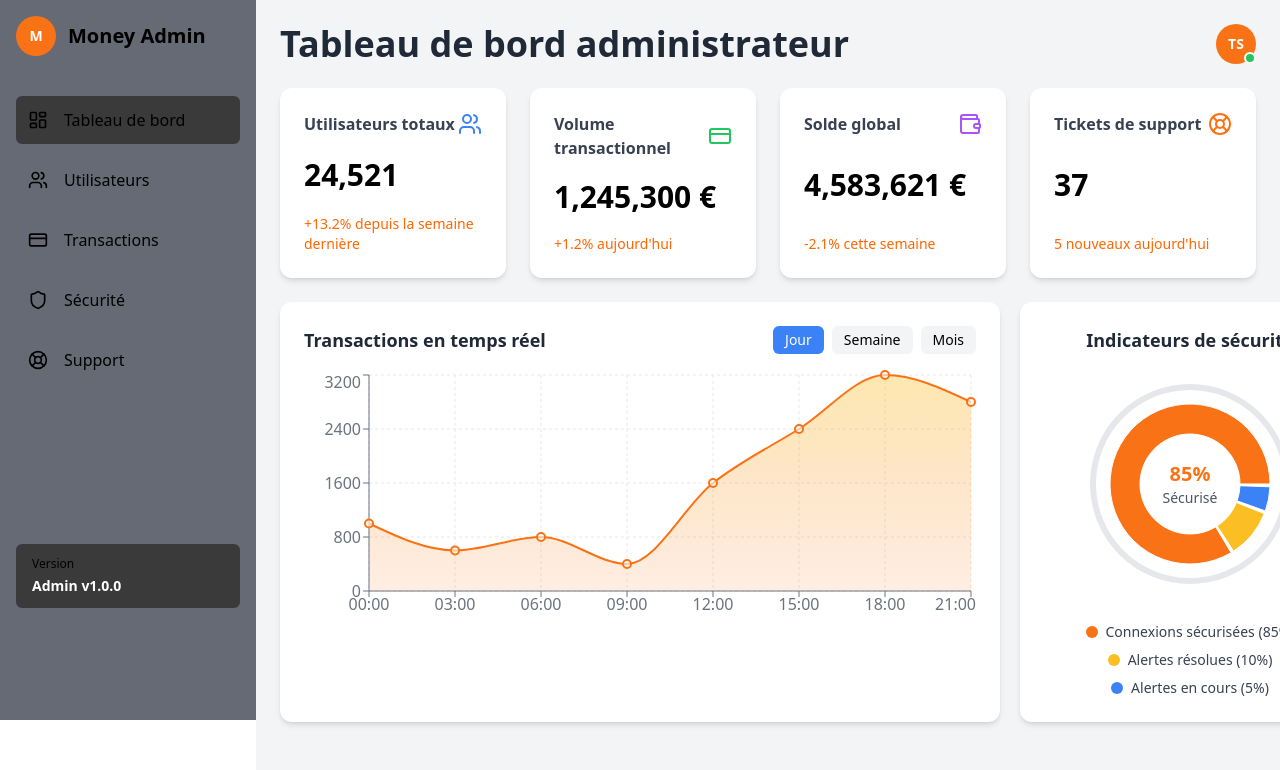
Repository: Edongo999/Dashboard
Page: /
An editor plug-in stored every save of this project. The page is shown before and after the next save, followed by the edit.
The browser window is 1280 px wide. The pictures show the whole page.
The project was rebuilt for these pictures with package versions that can differ from the ones it lists, and the page was loaded fresh each time. Also part of the build but not shown: vite.config.ts.

Above is the page before, as saved 2025-10-13 15:35:58.

### index.html
<!doctype html>
<html lang="en">
  <head>
    <meta charset="UTF-8" />
    <link rel="icon" type="image/svg+xml" href="/vite.svg" />
    <meta name="viewport" content="width=device-width, initial-scale=1.0" />
    <title>mon_dashboard</title>
  </head>
  <body>
    <div id="root"></div>
    <script type="module" src="/src/main.tsx"></script>
  </body>
</html>

### src/App.tsx
import Sidebar from "./components/Sidebar"
import StatBlock from "./components/StatBlock"
import UserAvatar from "./components/UserAvatar"
import RealtimeChart from "./components/RealtimeChart"
import SecurityIndicators from "./components/SecurityIndicators"
import { Users, CreditCard, Wallet, LifeBuoy } from "lucide-react"

const App = () => {
  const kpis = [
    {
      title: "Utilisateurs totaux",
      value: "24,521",
      subtext: "+13.2% depuis la semaine dernière",
      icon: <Users />,
      iconColor: "text-blue-500"
    },
    {
      title: "Volume transactionnel",
      value: "1,245,300 €",
      subtext: "+1.2% aujourd'hui",
      icon: <CreditCard />,
      iconColor: "text-green-500"
    },
    {
      title: "Solde global",
      value: "4,583,621 €",
      subtext: "-2.1% cette semaine",
      icon: <Wallet />,
      iconColor: "text-purple-500"
    },
    {
      title: "Tickets de support",
      value: "37",
      subtext: "5 nouveaux aujourd'hui",
      icon: <LifeBuoy />,
      iconColor: "text-orange-500"
    }
  ]

  return (
    <div className="flex min-h-screen">
      <Sidebar />
      <main className="flex-1 overflow-auto p-6 bg-[#F3F4F6]">
        {/* Titre + avatar */}
        <div className="flex items-center justify-between mb-6">
          <h1 className="text-4xl font-bold text-gray-800">
            Tableau de bord administrateur
          </h1>
          <UserAvatar />
        </div>

        {/* Cartes KPI */}
        <div className="grid grid-cols-1 sm:grid-cols-2 lg:grid-cols-4 gap-6 mb-6">
          {kpis.map((kpi, i) => (
            <StatBlock key={i} {...kpi} />
          ))}
        </div>

        {/* Section monitoring */}
        <div className="grid grid-cols-1 lg:grid-cols-2 gap-6 mb-6">
          <RealtimeChart />
          <SecurityIndicators />
        </div>
      </main>
    </div>
  )
}

export default App

### src/components/Sidebar.tsx
import {
  LayoutDashboard,
  Users,
  CreditCard,
  Shield,
  LifeBuoy,
  Menu
} from "lucide-react"
import { useState } from "react"

const Sidebar = () => {
  const [open, setOpen] = useState(false)
  const [active, setActive] = useState("Tableau de bord")

  const menuItems = [
    { label: "Tableau de bord", icon: <LayoutDashboard size={20} /> },
    { label: "Utilisateurs", icon: <Users size={20} /> },
    { label: "Transactions", icon: <CreditCard size={20} /> },
    { label: "Sécurité", icon: <Shield size={20} /> },
    { label: "Support", icon: <LifeBuoy size={20} /> }
  ]

  return (
    <>
      {/* Bouton hamburger mobile */}
      <button
        className="lg:hidden fixed top-4 left-4 z-50 bg-white p-2 rounded-md shadow-md"
        onClick={() => setOpen(!open)}
      >
        <Menu className="text-gray-800" />
      </button>

      {/* Sidebar */}
      <aside
        className={`fixed top-0 left-0 w-64 h-screen bg-[#656A74] text-neutral-content flex flex-col justify-between p-4 z-40 transition-transform duration-300 ${
          open ? "translate-x-0" : "-translate-x-full"
        } lg:translate-x-0 lg:static lg:block`}
        style={{ opacity: 1 }}
      >
        {/* Haut : logo */}
        <div>
          <div className="flex items-center gap-3 mb-10">
            <div className="bg-orange-500 text-white rounded-full w-10 h-10 flex items-center justify-center font-bold text-sm shrink-0">
              M
            </div>
            <span className="text-xl font-semibold whitespace-nowrap">Money Admin</span>
          </div>

          {/* Menu */}
          <ul className="space-y-3">
            {menuItems.map((item) => (
              <li key={item.label}>
                <a
                  onClick={() => setActive(item.label)}
                  className={`flex items-center gap-4 py-3 px-3 text-[16px] rounded-md transition-all duration-300 ${
                    active === item.label
                      ? "bg-[#3A3A3A]"
                      : "hover:bg-neutral-600 hover:scale-[1.02]"
                  }`}
                >
                  {item.icon}
                  {item.label}
                </a>
              </li>
            ))}
          </ul>
        </div>

        {/* Bloc version */}
        <div className="mt-40">
          <div className="bg-[#3A3A3A] rounded-md px-4 py-3 text-xs text-neutral-content/70">
            <p className="mb-1">Version</p>
            <span className="font-semibold text-sm text-white">Admin v1.0.0</span>
          </div>
        </div>
      </aside>
    </>
  )
}

export default Sidebar

### src/components/StatBlock.tsx
import { motion } from "framer-motion"

type StatBlockProps = {
  title: string
  value: string
  subtext: string
  icon: React.ReactNode
  iconColor: string
}

const StatBlock = ({ title, value, subtext, icon, iconColor }: StatBlockProps) => {
  return (
    <motion.div
      initial={{ opacity: 0, y: 30 }}
      animate={{ opacity: 1, y: 0 }}
      whileHover={{ scale: 1.03, y: -5 }}
      transition={{ duration: 0.3, ease: "easeOut" }}
      className="bg-white shadow-md p-6 rounded-[12px] flex flex-col justify-between w-full max-w-[240px] h-[190px]"
    >
      <div className="flex justify-between items-center">
        <h3 className="text-base font-semibold text-gray-700">{title}</h3>
        <div className={`text-2xl ${iconColor}`}>{icon}</div>
      </div>
      <p className="text-3xl font-bold mt-2 text-black">{value}</p>
      <p className="text-sm mt-2 text-[#FF6600] font-medium">{subtext}</p>
    </motion.div>
  )
}

export default StatBlock

### src/components/UserAvatar.tsx
const UserAvatar = () => {
  return (
    <div className="relative">
      <div className="w-10 h-10 rounded-full bg-orange-500 text-white flex items-center justify-center font-bold text-sm">
        TS
      </div>
      <span className="absolute bottom-0 right-0 w-3 h-3 rounded-full border-2 border-white bg-green-500" />
    </div>
  )
}

export default UserAvatar

### src/components/RealtimeChart.tsx
import {
  AreaChart,
  Area,
  XAxis,
  YAxis,
  Tooltip,
  CartesianGrid,
  ResponsiveContainer
} from "recharts"
import { useState } from "react"

const datasets = {
  jour: [
    { time: "00:00", value: 1000 },
    { time: "03:00", value: 600 },
    { time: "06:00", value: 800 },
    { time: "09:00", value: 400 },
    { time: "12:00", value: 1600 },
    { time: "15:00", value: 2400 },
    { time: "18:00", value: 3200 },
    { time: "21:00", value: 2800 }
  ],
  semaine: [
    { time: "Lun", value: 5400 },
    { time: "Mar", value: 6200 },
    { time: "Mer", value: 5800 },
    { time: "Jeu", value: 6900 },
    { time: "Ven", value: 7200 },
    { time: "Sam", value: 5100 },
    { time: "Dim", value: 4300 }
  ],
  mois: [
    { time: "S1", value: 18000 },
    { time: "S2", value: 22000 },
    { time: "S3", value: 19500 },
    { time: "S4", value: 25000 }
  ]
}

const RealtimeChart = () => {
  const [view, setView] = useState<"jour" | "semaine" | "mois">("jour")

  return (
    <div className="bg-white rounded-[12px] shadow-md p-6 w-[720px]">
      <div className="flex items-center justify-between mb-4">
        <h2 className="text-lg font-semibold text-gray-800">Transactions en temps réel</h2>
        <div className="flex gap-2">
          {["jour", "semaine", "mois"].map((v) => (
            <button
              key={v}
              onClick={() => setView(v as "jour" | "semaine" | "mois")}
              className={`text-sm px-3 py-1 rounded-md ${
                view === v ? "bg-blue-500 text-white" : "bg-gray-100 hover:bg-gray-200"
              }`}
            >
              {v.charAt(0).toUpperCase() + v.slice(1)}
            </button>
          ))}
        </div>
      </div>

      <div className="h-64">
        <ResponsiveContainer width="100%" height="100%">
          <AreaChart data={datasets[view]}>
            <defs>
              <linearGradient id="colorValue" x1="0" y1="0" x2="0" y2="1">
                <stop offset="0%" stopColor="#FBBF24" stopOpacity={0.6} />
                <stop offset="100%" stopColor="#F97316" stopOpacity={0.2} />
              </linearGradient>
            </defs>
            <CartesianGrid strokeDasharray="3 3" stroke="#E5E7EB" />
            <XAxis dataKey="time" stroke="#6B7280" />
            <YAxis stroke="#6B7280" />
            <Tooltip
              contentStyle={{ backgroundColor: "#fff", borderRadius: "8px", border: "none" }}
              labelStyle={{ color: "#374151", fontWeight: "500" }}
            />
            <Area
              type="monotone"
              dataKey="value"
              stroke="#F97316"
              strokeWidth={2}
              fill="url(#colorValue)"
              dot={{ r: 4, stroke: "#F97316", strokeWidth: 2, fill: "#fff" }}
            />
          </AreaChart>
        </ResponsiveContainer>
      </div>
    </div>
  )
}

export default RealtimeChart

### src/components/SecurityIndicators.tsx
import {
  PieChart,
  Pie,
  Cell,
  ResponsiveContainer
} from "recharts"

type SecurityLabel = "Connexions sécurisées" | "Alertes résolues" | "Alertes en cours"

const rawData: { name: SecurityLabel; value: number }[] = [
  { name: "Connexions sécurisées", value: 85 },
  { name: "Alertes résolues", value: 10 },
  { name: "Alertes en cours", value: 5 }
]

const COLOR_MAP: Record<SecurityLabel, string> = {
  "Connexions sécurisées": "#F97316",
  "Alertes résolues": "#FBBF24",
  "Alertes en cours": "#3B82F6"
}

const SecurityIndicators = () => {
  const total = rawData.reduce((sum, item) => sum + item.value, 0)

  const data = rawData.map((item) => ({
    ...item,
    percent: ((item.value / total) * 100).toFixed(0) + "%",
    color: COLOR_MAP[item.name]
  }))

  return (
    // 🔧 MODIFICATION ICI : contrôle du décalage horizontal
    // Pour décaler vers la droite, utilise `ml-2`, `ml-4`, `ml-6`, etc.
    // Pour centrer, retire `ml-*` et utilise `mx-auto`
    <div className="bg-white rounded-[12px] shadow-md p-6 w-[340px] h-[420px] ml-60 flex flex-col items-center justify-between">
      <h2 className="text-lg font-semibold text-gray-800">Indicateurs de sécurité</h2>

      {/* Donut + cercle externe */}
      <div className="relative flex items-center justify-center mt-2 mb-4">
        <div className="w-[200px] h-[200px] rounded-full border-[6px] border-gray-200 flex items-center justify-center">
          <div className="w-[160px] h-[160px]">
            <ResponsiveContainer width="100%" height="100%">
              <PieChart>
                <Pie
                  data={data}
                  dataKey="value"
                  innerRadius={50}
                  outerRadius={80}
                  paddingAngle={2}
                >
                  {data.map((item) => (
                    <Cell key={item.name} fill={item.color} />
                  ))}
                </Pie>
              </PieChart>
            </ResponsiveContainer>
          </div>

          {/* Texte centré */}
          <div className="absolute text-center">
            <p className="text-xl font-bold text-orange-500">85%</p>
            <p className="text-sm text-gray-600">Sécurisé</p>
          </div>
        </div>
      </div>

      {/* Légende en bas */}
      <div className="flex flex-col items-center gap-2 text-sm text-gray-700">
        {data.map((item) => (
          <div key={item.name} className="flex items-center gap-2">
            <span
              className="w-3 h-3 rounded-full"
              style={{ backgroundColor: item.color }}
            />
            <span>{item.name} ({item.percent})</span>
          </div>
        ))}
      </div>
    </div>
  )
}

export default SecurityIndicators

### tailwind.config.js
/** @type {import('tailwindcss').Config} */
module.exports = {
  content: ["./src/**/*.{js,jsx,ts,tsx}"],
  theme: { extend: {} },
  plugins: [require("daisyui")],
  daisyui: {
    themes: [
      {
        mytheme: {
          "primary": "#570df8",
          "secondary": "#f000b8",
          "accent": "#37cdbe",
          "neutral": "#3d4451",
          "base-100": "#F3F4F6", // <-- couleur de fond principale pour tout le dashboard
          "base-200": "#e5e7eb", // pour cartes ou sections légèrement plus foncées
          "base-300": "#d1d5db", // pour éléments encadrés
          "base-content": "#111827", // couleur du texte principal
          "info": "#3ABFF8",
          "success": "#36D399",
          "warning": "#FBBD23",
          "error": "#F87272",
        },
      },
    ],
  },
};

Loaded but not shown: src/main.tsx (common file); src/index.css (common file)

After the next save:
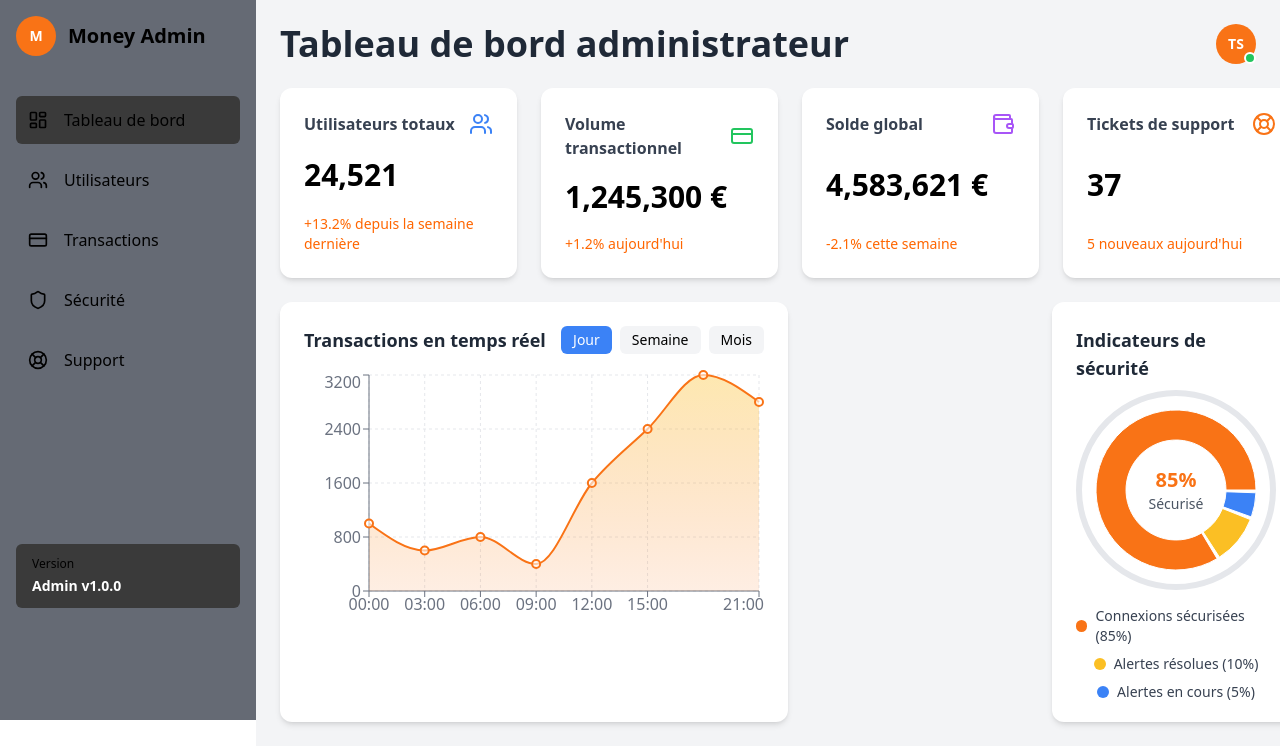
Saved 6 min 10 s later.
--- a/src/App.tsx
+++ b/src/App.tsx
@@ -49,15 +49,15 @@
           <UserAvatar />
         </div>
 
-        {/* Cartes KPI */}
-        <div className="grid grid-cols-1 sm:grid-cols-2 lg:grid-cols-4 gap-6 mb-6">
+        {/* 🔧 Cartes KPI alignées horizontalement */}
+        <div className="flex gap-6 w-[1020px] mb-6">
           {kpis.map((kpi, i) => (
             <StatBlock key={i} {...kpi} />
           ))}
         </div>
 
-        {/* Section monitoring */}
-        <div className="grid grid-cols-1 lg:grid-cols-2 gap-6 mb-6">
+        {/* 🔧 Section monitoring alignée sur la même largeur */}
+        <div className="flex gap-6 w-[1020px]">
           <RealtimeChart />
           <SecurityIndicators />
         </div>

After the 2 saves that followed:
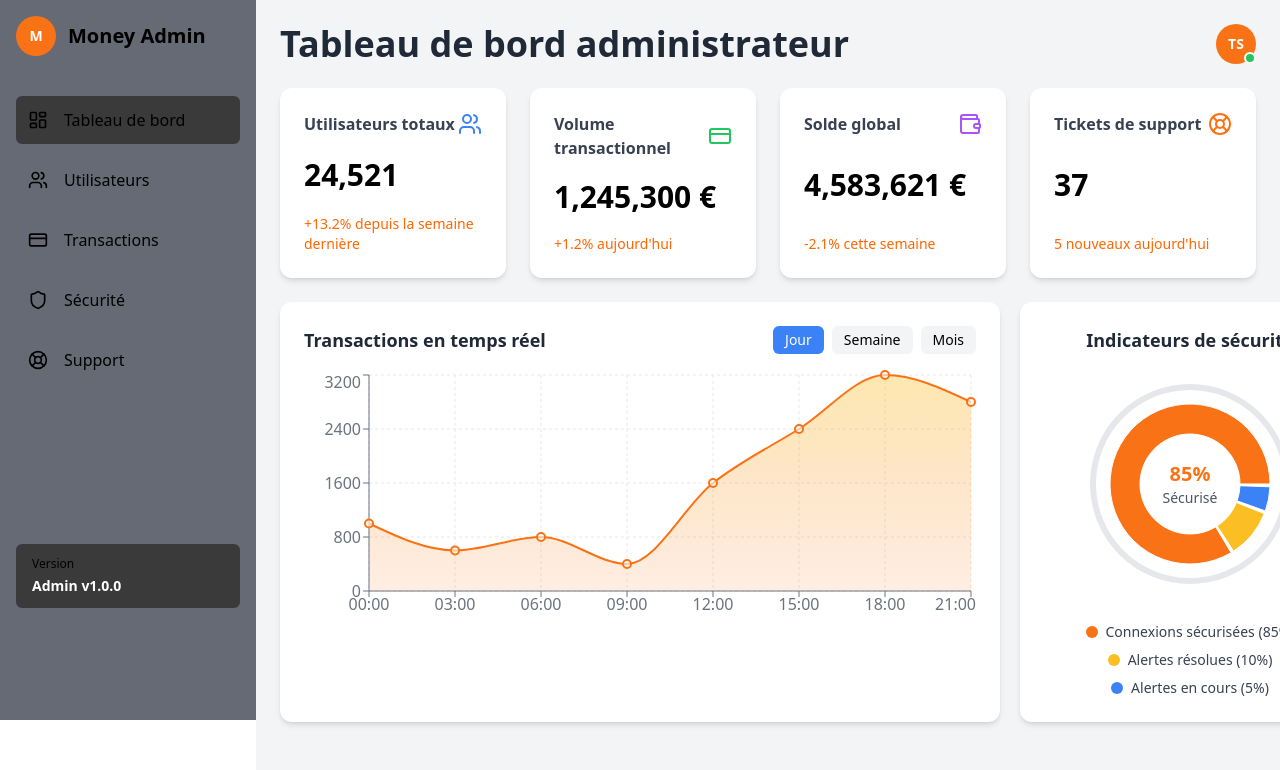
The 2 saves are shown as one change because 1 left the picture as it was.
The last was saved 80 s later.
--- a/src/App.tsx
+++ b/src/App.tsx
@@ -49,15 +49,15 @@
           <UserAvatar />
         </div>
 
-        {/* 🔧 Cartes KPI alignées horizontalement */}
-        <div className="flex gap-6 w-[1020px] mb-6">
+        {/* Cartes KPI */}
+        <div className="grid grid-cols-1 sm:grid-cols-2 lg:grid-cols-4 gap-6 mb-6">
           {kpis.map((kpi, i) => (
             <StatBlock key={i} {...kpi} />
           ))}
         </div>
 
-        {/* 🔧 Section monitoring alignée sur la même largeur */}
-        <div className="flex gap-6 w-[1020px]">
+        {/* Section monitoring */}
+        <div className="grid grid-cols-1 lg:grid-cols-2 gap-6 mb-6">
           <RealtimeChart />
           <SecurityIndicators />
         </div>
--- a/src/components/StatBlock.tsx
+++ b/src/components/StatBlock.tsx
@@ -15,7 +15,9 @@ const StatBlock = ({ title, value, subtext, icon, iconColor }: StatBlockProps) =
       animate={{ opacity: 1, y: 0 }}
       whileHover={{ scale: 1.03, y: -5 }}
       transition={{ duration: 0.3, ease: "easeOut" }}
-      className="bg-white shadow-md p-6 rounded-[12px] flex flex-col justify-between w-full max-w-[240px] h-[190px]"
+      // 🔧 MODIFICATION ICI : largeur dynamique
+      // Remplace `max-w-[240px]` par `flex-1` pour que chaque carte s’étire dans le layout
+      className="bg-white shadow-md p-6 rounded-[12px] flex flex-col justify-between flex-1 h-[190px]"
     >
       <div className="flex justify-between items-center">
         <h3 className="text-base font-semibold text-gray-700">{title}</h3>
